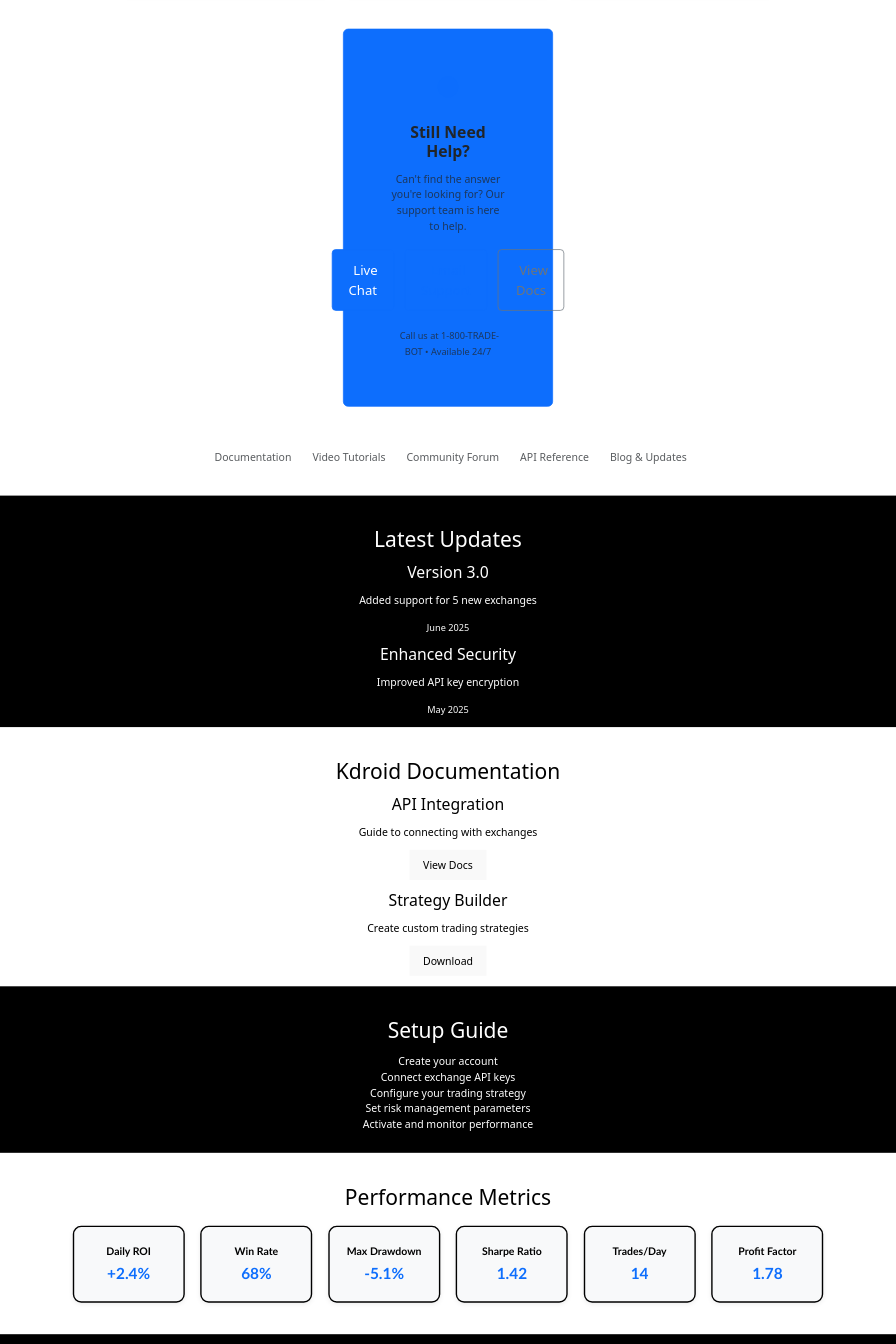
Repository: Kevin-Pro-Codes/halo-trading
Page: /
These files come from the project's save history. The page is drawn as it stood at one moment and after the next save; the edit follows.
The browser window is 1280 px wide. The pictures show the part of the page from y = 2590 to 4510 px (the page is 10565 px tall before and 10520 px after), at 70% of full size.
The page's requests for data from a server got no answer. The project was rebuilt for these pictures with package versions that can differ from the ones it lists, and the page was loaded fresh each time. Some packages were replaced by stand-ins written for this rebuild. No one was signed in, and anything a server would have sent is missing. Also part of the build but not shown: vite.config.js, src/styles/DocStyle.css, src/styles/PricingStyle.css.

Above is the page before, as saved 2025-12-09 15:09:31.

### src/index.css
:root {
  font-family: system-ui, Avenir, Helvetica, Arial, sans-serif;
  line-height: 1.5;
  font-weight: 400;

  color-scheme: light dark;
  color: rgba(255, 255, 255, 0.87);
  background-color: #242424;

  font-synthesis: none;
  text-rendering: optimizeLegibility;
  -webkit-font-smoothing: antialiased;
  -moz-osx-font-smoothing: grayscale;
}

a {
  font-weight: 500;
  color: #646cff;
  text-decoration: inherit;
}
a:hover {
  color: #535bf2;
}

body {
  margin: 0;
  padding: 0;
}

h1 {
  font-size: 3.2em;
  line-height: 1.1;
}

button {
  border-radius: 8px;
  border: 1px solid transparent;
  padding: 0.6em 1.2em;
  font-size: 1em;
  font-weight: 500;
  font-family: inherit;
  background-color: #1a1a1a;
  cursor: pointer;
  transition: border-color 0.25s;
}
button:hover {
  border-color: #646cff;
}
button:focus,
button:focus-visible {
  outline: 4px auto -webkit-focus-ring-color;
}

@media (prefers-color-scheme: light) {
  :root {
    color: #213547;
    background-color: #ffffff;
  }
  a:hover {
    color: #747bff;
  }
  button {
    background-color: #f9f9f9;
  }
}

### src/components/FaqSection.jsx
import React, { useState } from 'react';

const FaqSection = () => {
  const [activeAccordion, setActiveAccordion] = useState(null);

  const faqs = [
    {
      question: "How does the AI trading bot work?",
      answer: "Our bot uses machine learning algorithms to analyze market data in real-time. It connects to your exchange accounts via secure API keys and executes trades based on your configured strategies. The AI continuously learns from market patterns and adapts to changing conditions for optimal performance.",
      category: "general"
    },
    {
      question: "Which cryptocurrency exchanges are supported?",
      answer: "We support all major exchanges including Binance, Coinbase Pro, Kraken, KuCoin, FTX, Bybit, and Bitfinex. Our platform is compatible with any exchange that provides REST API access. We're constantly adding new exchange integrations based on user demand.",
      category: "technical"
    },
    {
      question: "Is there a free trial or demo version available?",
      answer: "Yes! We offer a 14-day free trial with full access to all features including paper trading (simulated trading with virtual funds). No credit card required to start. After the trial, you can choose from our flexible subscription plans starting at $29/month.",
      category: "pricing"
    },
    {
      question: "How secure is my exchange API access?",
      answer: "We implement bank-level security measures including end-to-end encryption, read-only API key permissions by default, and never store your API secrets on our servers. All keys are encrypted at rest and in transit. We recommend using API keys with withdrawal disabled for maximum security.",
      category: "security"
    },
    {
      question: "Can I run multiple trading strategies simultaneously?",
      answer: "Absolutely! You can run up to 20 different strategies concurrently on a single account. Each strategy can have its own configuration, risk parameters, and asset allocation. Our platform includes strategy backtesting and performance analytics to help you optimize your approach.",
      category: "technical"
    },
    {
      question: "What is the minimum capital required to start?",
      answer: "There's no minimum requirement to use our platform. You can start trading with any amount. However, we recommend starting with at least $100 to account for exchange fees and market fluctuations. Remember: never trade more than you can afford to lose.",
      category: "pricing"
    },
    {
      question: "Do you offer mobile app access?",
      answer: "Yes! We have native iOS and Android apps that provide full functionality including real-time monitoring, strategy adjustments, and performance analytics. You can also access our platform via any modern web browser on desktop or mobile.",
      category: "general"
    },
    {
      question: "How do you handle market volatility and flash crashes?",
      answer: "Our platform includes multiple safety features: stop-loss orders, trailing stops, take-profit targets, and circuit breakers. The AI is trained to recognize abnormal market conditions and can temporarily pause trading during extreme volatility to protect your capital.",
      category: "technical"
    }
  ];

  const categories = [
    { id: "all", name: "All Questions", icon: "bi-grid", variant: "primary" },
    { id: "general", name: "General", icon: "bi-question-circle", variant: "primary" },
    { id: "technical", name: "Technical", icon: "bi-gear", variant: "success" },
    { id: "pricing", name: "Pricing", icon: "bi-currency-dollar", variant: "warning" },
    { id: "security", name: "Security", icon: "bi-shield-check", variant: "info" }
  ];

  const [selectedCategory, setSelectedCategory] = useState("all");

  const filteredFaqs = selectedCategory === "all"
    ? faqs
    : faqs.filter(faq => faq.category === selectedCategory);

  return (
    <section className="py-5 bg-white">
      <div className="container">
        {/* Header */}
        <div className="row justify-content-center text-center mb-5">
          <div className="col-lg-8">
            <h2 className="display-5 fw-bold mb-3">
              Frequently Asked Questions
            </h2>
            <p className="lead text-muted mb-4">
              Get answers to common questions about our trading platform
            </p>
          </div>
        </div>

        {/* Category Filter */}
        <div className="row mb-4">
          <div className="col-12">
            <div className="d-flex flex-wrap justify-content-center gap-2 mb-4">
              {categories.map((category) => (
                <button
                  key={category.id}
                  onClick={() => setSelectedCategory(category.id)}
                  className={`btn btn-sm px-3 py-2 fw-bold ${selectedCategory === category.id ? `btn-${category.variant}` : `btn-outline-${category.variant}`}`}
                >
                  <i className={`bi ${category.icon} me-2`}></i>
                  {category.name}
                </button>
              ))}
            </div>
          </div>
        </div>

        {/* Search Bar */}
        <div className="row justify-content-center mb-5">
          <div className="col-md-8 col-lg-6">
            <div className="input-group shadow-sm">
              <span className="input-group-text bg-white border-end-0">
                <i className="bi bi-search text-muted"></i>
              </span>
              <input
                type="text"
                className="form-control border-start-0"
                placeholder="Search questions..."
              />
              <button className="btn btn-primary">
                Search
              </button>
            </div>
          </div>
        </div>

        {/* FAQ Accordion */}
        <div className="row justify-content-center">
          <div className="col-lg-10">
            <div className="accordion" id="faqAccordion">
              {filteredFaqs.map((faq, index) => (
                <div className="accordion-item border-0 shadow-sm mb-3" key={index}>
                  <h2 className="accordion-header">
                    <button
                      className={`accordion-button ${activeAccordion === index ? '' : 'collapsed'} fw-bold py-4`}
                      type="button"
                      onClick={() => setActiveAccordion(activeAccordion === index ? null : index)}
                      style={{
                        backgroundColor: activeAccordion === index ? 'rgba(13, 110, 253, 0.05)' : 'white'
                      }}
                    >
                      <div className="d-flex align-items-center w-100">
                        <i className="bi bi-question-circle-fill text-primary me-3"></i>
                        <span className="me-auto">{faq.question}</span>
                        <span className={`badge bg-${categories.find(c => c.id === faq.category)?.variant} bg-opacity-10 text-${categories.find(c => c.id === faq.category)?.variant} me-3`}>
                          {categories.find(c => c.id === faq.category)?.name}
                        </span>
                      </div>
                    </button>
                  </h2>
                  <div
                    className={`accordion-collapse collapse ${activeAccordion === index ? 'show' : ''}`}
                  >
                    <div className="accordion-body py-4">
                      <p className="text-muted mb-4">{faq.answer}</p>
                      <div className="d-flex justify-content-between align-items-center">
                        <div className="d-flex gap-2">
                          <span className="badge bg-light text-dark border">#AI</span>
                          <span className="badge bg-light text-dark border">#Trading</span>
                          <span className="badge bg-light text-dark border">#Platform</span>
                        </div>
                        <button className="btn btn-sm btn-outline-primary">
                          <i className="bi bi-hand-thumbs-up me-1"></i>
                          Helpful
                        </button>
                      </div>
                    </div>
                  </div>
                </div>
              ))}
            </div>
          </div>
        </div>

        {/* Stats */}
        <div className="row justify-content-center mt-5 mb-5">
          <div className="col-lg-10">
            <div className="row g-4">
              <div className="col-md-4 text-center">
                <div className="card border-0 shadow-sm h-100">
                  <div className="card-body p-4">
                    <div className="bg-primary bg-opacity-10 p-3 rounded-circle d-inline-block mb-3">
                      <i className="bi bi-headset text-primary fs-4"></i>
                    </div>
                    <h3 className="fw-bold mb-2">24/7 Support</h3>
                    <p className="text-muted mb-0">Round-the-clock assistance for all users</p>
                  </div>
                </div>
              </div>
              <div className="col-md-4 text-center">
                <div className="card border-0 shadow-sm h-100">
                  <div className="card-body p-4">
                    <div className="bg-success bg-opacity-10 p-3 rounded-circle d-inline-block mb-3">
                      <i className="bi bi-check-circle text-success fs-4"></i>
                    </div>
                    <h3 className="fw-bold mb-2">98% Satisfaction</h3>
                    <p className="text-muted mb-0">Based on user feedback and reviews</p>
                  </div>
                </div>
              </div>
              <div className="col-md-4 text-center">
                <div className="card border-0 shadow-sm h-100">
                  <div className="card-body p-4">
                    <div className="bg-warning bg-opacity-10 p-3 rounded-circle d-inline-block mb-3">
                      <i className="bi bi-lightning text-warning fs-4"></i>
                    </div>
                    <h3 className="fw-bold mb-2">2 Min Response</h3>
                    <p className="text-muted mb-0">Average live chat response time</p>
                  </div>
                </div>
              </div>
            </div>
          </div>
        </div>

       {/* CTA Section - Stack Vertically */}
<div className="row justify-content-center mt-5">
  <div className="col-lg-10 col-xl-8">
    <div className="card border-primary bg-primary bg-opacity-5">
      <div className="card-body p-4 p-md-5">
        <div className="text-center mb-4">
          <div className="bg-primary bg-opacity-10 p-3 rounded-circle d-inline-block mb-3">
            <i className="bi bi-question-circle-fill text-primary fs-3"></i>
          </div>
          <h3 className="fw-bold mb-3">Still Need Help?</h3>
          <p className="text-muted mb-4">
            Can't find the answer you're looking for? Our support team is here to help.
          </p>
        </div>

        <div className="d-flex flex-column flex-md-row justify-content-center align-items-stretch gap-3 mb-4">
          <button className="btn btn-primary btn-lg px-4 py-3">
            <i className="bi bi-chat-dots me-2"></i>
            Live Chat
          </button>
          <button className="btn btn-outline-primary btn-lg px-4 py-3">
            <i className="bi bi-envelope me-2"></i>
            Email Support
          </button>
          <button className="btn btn-outline-secondary btn-lg px-4 py-3">
            <i className="bi bi-book me-2"></i>
            View Docs
          </button>
        </div>

        <div className="text-center mt-4">
          <small className="text-muted">
            <i className="bi bi-telephone me-1"></i>
            Call us at 1-800-TRADE-BOT • Available 24/7
          </small>
        </div>
      </div>
    </div>
  </div>
</div>

        {/* Quick Links */}
        <div className="row justify-content-center mt-5">
          <div className="col-lg-10">
            <div className="d-flex flex-wrap justify-content-center gap-3 gap-md-4">
              <a href="#" className="text-decoration-none text-muted d-flex align-items-center">
                <i className="bi bi-file-text me-2"></i>
                <span>Documentation</span>
              </a>
              <a href="#" className="text-decoration-none text-muted d-flex align-items-center">
                <i className="bi bi-youtube me-2"></i>
                <span>Video Tutorials</span>
              </a>
              <a href="#" className="text-decoration-none text-muted d-flex align-items-center">
                <i className="bi bi-people me-2"></i>
                <span>Community Forum</span>
              </a>
              <a href="#" className="text-decoration-none text-muted d-flex align-items-center">
                <i className="bi bi-github me-2"></i>
                <span>API Reference</span>
              </a>
              <a href="#" className="text-decoration-none text-muted d-flex align-items-center">
                <i className="bi bi-file-earmark-text me-2"></i>
                <span>Blog & Updates</span>
              </a>
            </div>
          </div>
        </div>
      </div>
    </section>
  );
};

export default FaqSection;

### src/components/LatestSection.jsx
import React from 'react';
// import './LatestUpdates.css'; // Optional: import your styles

const LatestSection = () => {
  return (
    <section className="section-black">
      <div className="section-content">
        <h2>Latest Updates</h2>
        <div className="updates-grid">
          <div className="update-card">
            <h3>Version 3.0</h3>
            <p>Added support for 5 new exchanges</p>
            <small>June 2025</small>
          </div>
          <div className="update-card">
            <h3>Enhanced Security</h3>
            <p>Improved API key encryption</p>
            <small>May 2025</small>
          </div>
        </div>
      </div>
    </section>
  );
};

export default LatestSection;

### src/components/DocSection.jsx

import React from 'react';
// import './LatestUpdates.css'; // Optional: import your styles

const DocSection = () => {
  return (
      <section className="section-white">
          <div className="section-content">
            <h2>Kdroid Documentation</h2>
            <div className="doc-grid">
              <div className="doc-card">
                <h3>API Integration</h3>
                <p>Guide to connecting with exchanges</p>
                <button className="doc-btn">View Docs</button>
              </div>
              <div className="doc-card">
                <h3>Strategy Builder</h3>
                <p>Create custom trading strategies</p>
                <button className="doc-btn">Download</button>
              </div>
            </div>
          </div>
        </section>

  );
};

export default DocSection;

### src/components/SetupSection.jsx
import React from "react";

const SetupSection = () => {
  return (
    <section className="section-black">
      <div className="section-content">
        <h2>Setup Guide</h2>
        <ul className="setup-steps">
          <li>Create your account</li>
          <li>Connect exchange API keys</li>
          <li>Configure your trading strategy</li>
          <li>Set risk management parameters</li>
          <li>Activate and monitor performance</li>
        </ul>
      </div>
    </section>
  );
};

export default SetupSection;

### src/Footer.jsx
import React from "react";

const Footer = () => {
  return (
    <footer className="section-black">
      <div className="section-content">
        <div className="footer-grid">
          <div className="footer-col">
            <h3>Contact</h3>
            <p>Email: support@halo.com</p>
            <p>Phone: +55 11 9987-6543</p>
            <p>Address: 456 Finance Street, Crypto City</p>
          </div>
          <div className="footer-col">
            <h3>Legal</h3>
            <p><a href="#">Risk Disclosure</a></p>
            <p><a href="#">Terms of Service</a></p>
            <p><a href="#">Privacy Policy</a></p>
          </div>
          <div className="footer-col">
            <h3>Support</h3>
            <p><a href="#">Help Center</a></p>
            <p><a href="#">API Documentation</a></p>
            <p><a href="#">Community Forum</a></p>
            <p className="mt-3"><a href="#">MetaTrader 5</a></p>
          </div>
        </div>
        <div className="footer-bottom">
          <p>
            © 2025 Halo Algo Trading. All rights reserved. Disclaimer: Trading
            involves risk. Past performance is not indicative of future results.
          </p>
          <p className="disclaimer"></p>
        </div>
      </div>
    </footer>
  );
};

export default Footer;

### src/styles/ConverterStyle.css
/* Add to your existing CSS */
.converter-container {
  max-width: 500px;
  margin: 0 auto;
}

.converter-card {
  background-color: white;
  padding: 2rem;
  border-radius: var(--border-radius);
}

.converter-row {
  display: flex;
  align-items: center;
  margin-bottom: 1rem;
}

.converter-row label {
  width: 80px;
  text-align: right;
  margin-right: 1rem;
}

.converter-row input {
  flex: 1;
  padding: 0.5rem;
  border-radius: var(--border-radius);
  border: 1px solid #ddd;
  background-color: var(--bg-light);
  color: var(--text-dark);
}

.converter-card label,
.converter-card .rate-display {
  color: black; /* Replace with your desired color */
  font-weight: bold;
}

.rate-display {
  text-align: center;
  margin-top: 1.5rem;
  font-size: 0.9rem;
  opacity: 0.8;
}

/* Responsive adjustments */
@media (max-width: 600px) {
  .converter-row {
    flex-direction: column;
    align-items: flex-start;
  }

  .converter-row label {
    width: 100%;
    text-align: left;
    margin-bottom: 0.5rem;
  }
}

### src/styles/FooterStyle.css

/* Footer */
.footer-grid {
  display: grid;
  grid-template-columns: repeat(auto-fit, minmax(200px, 1fr));

}

.footer-col a {
  color: var(--text-light);
  text-decoration: none;

}

.footer-col a:hover {
  text-decoration: underline;

}

.footer-bottom {
  text-align: center;
  padding-top: 1rem;
  border-top: 1px solid rgba(255, 255, 255, 0.1);

}

.disclaimer {

  padding-bottom: 10px;
   margin-bottom: 0px !important;
}

Loaded but not shown: index.html (common file); src/main.jsx (common file); src/components/GallerySection.jsx (302 lines, source omitted); src/components/PricingSection.jsx (314 lines, source omitted); src/components/TestimonialSection.jsx (224 lines, source omitted); src/components/IntroSection.jsx (222 lines, source omitted); src/App.jsx (157 lines, source omitted); src/styles/NavbarStyle.css (126 lines, source omitted); src/components/ConverterSection.jsx (73 lines, source omitted); src/App.css (163 lines, source omitted); src/styles/GalleryStyle.css (62 lines, source omitted); src/components/PerformanceSection.jsx (47 lines, source omitted); src/Navbar.jsx (48 lines, source omitted); src/styles/FaqStyle.css (no stored copy; drawn as an empty file); src/styles/IntroStyle.css (no stored copy; drawn as an empty file); src/styles/LatestStyle.css (no stored copy; drawn as an empty file); src/styles/PerformanceStyle.css (no stored copy; drawn as an empty file); src/styles/SetupStyle.css (no stored copy; drawn as an empty file); src/styles/TestimonialStyle.css (no stored copy; drawn as an empty file)

After the next save:
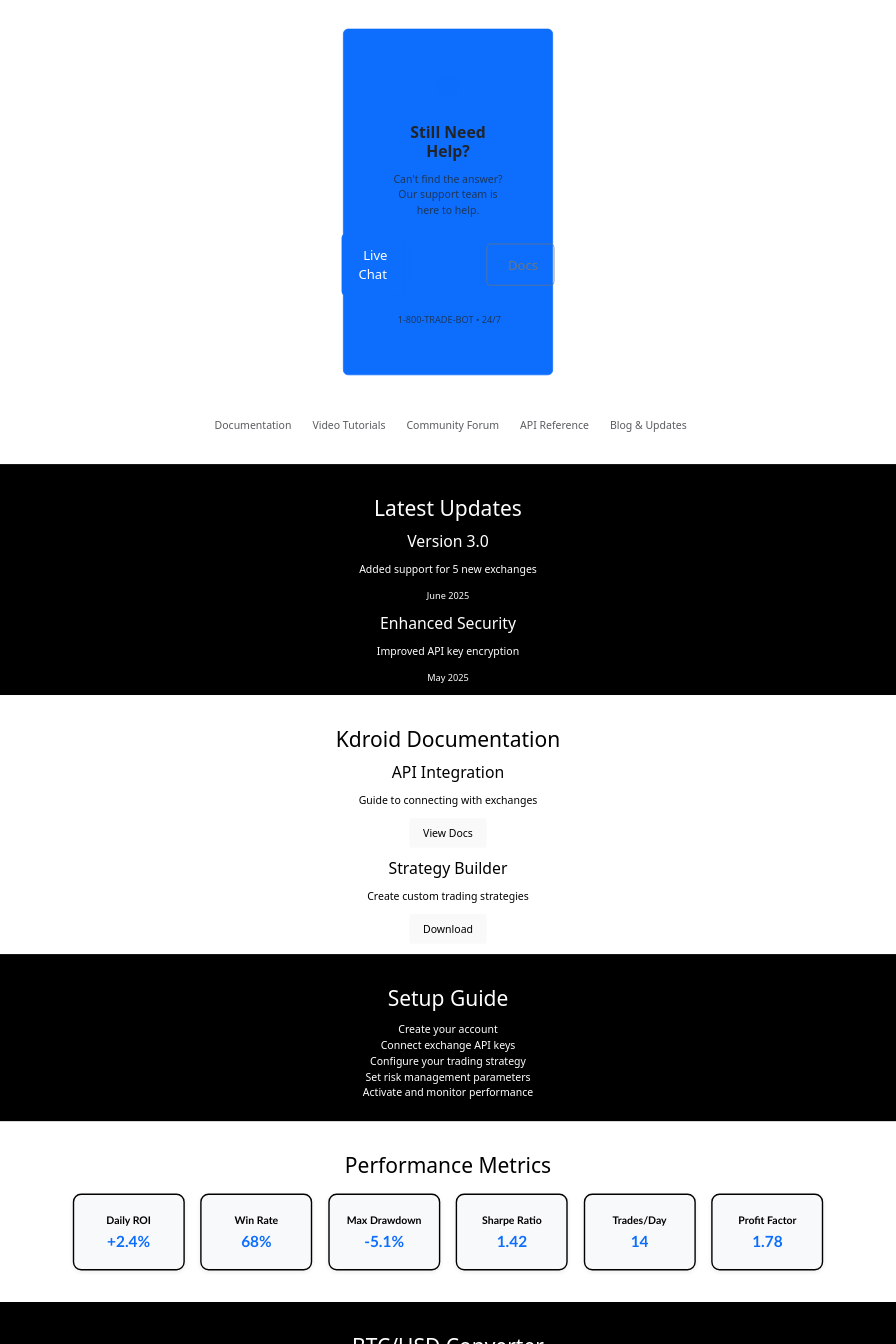
Saved 18 s later.
--- a/src/components/FaqSection.jsx
+++ b/src/components/FaqSection.jsx
@@ -201,7 +201,7 @@ const FaqSection = () => {
           </div>
         </div>
 
-       {/* CTA Section - Stack Vertically */}
+{/* CTA Section - Smaller Buttons */}
 <div className="row justify-content-center mt-5">
   <div className="col-lg-10 col-xl-8">
     <div className="card border-primary bg-primary bg-opacity-5">
@@ -212,36 +212,38 @@ const FaqSection = () => {
           </div>
           <h3 className="fw-bold mb-3">Still Need Help?</h3>
           <p className="text-muted mb-4">
-            Can't find the answer you're looking for? Our support team is here to help.
+            Can't find the answer? Our support team is here to help.
           </p>
         </div>
 
-        <div className="d-flex flex-column flex-md-row justify-content-center align-items-stretch gap-3 mb-4">
-          <button className="btn btn-primary btn-lg px-4 py-3">
+        <div className="d-flex flex-column flex-md-row justify-content-center align-items-center gap-2 mb-4">
+          <button className="btn btn-primary btn-lg px-3 px-md-4 py-2 py-md-3">
             <i className="bi bi-chat-dots me-2"></i>
-            Live Chat
+            <span className="d-none d-md-inline">Live Chat</span>
+            <span className="d-inline d-md-none">Chat</span>
           </button>
-          <button className="btn btn-outline-primary btn-lg px-4 py-3">
+          <button className="btn btn-outline-primary btn-lg px-3 px-md-4 py-2 py-md-3">
             <i className="bi bi-envelope me-2"></i>
-            Email Support
+            <span className="d-none d-md-inline">Email</span>
+            <span className="d-inline d-md-none">Email</span>
           </button>
-          <button className="btn btn-outline-secondary btn-lg px-4 py-3">
+          <button className="btn btn-outline-secondary btn-lg px-3 px-md-4 py-2 py-md-3">
             <i className="bi bi-book me-2"></i>
-            View Docs
+            <span className="d-none d-md-inline">Docs</span>
+            <span className="d-inline d-md-none">Docs</span>
           </button>
         </div>
 
         <div className="text-center mt-4">
           <small className="text-muted">
             <i className="bi bi-telephone me-1"></i>
-            Call us at 1-800-TRADE-BOT • Available 24/7
+            1-800-TRADE-BOT • 24/7
           </small>
         </div>
       </div>
     </div>
   </div>
 </div>
-
         {/* Quick Links */}
         <div className="row justify-content-center mt-5">
           <div className="col-lg-10">
